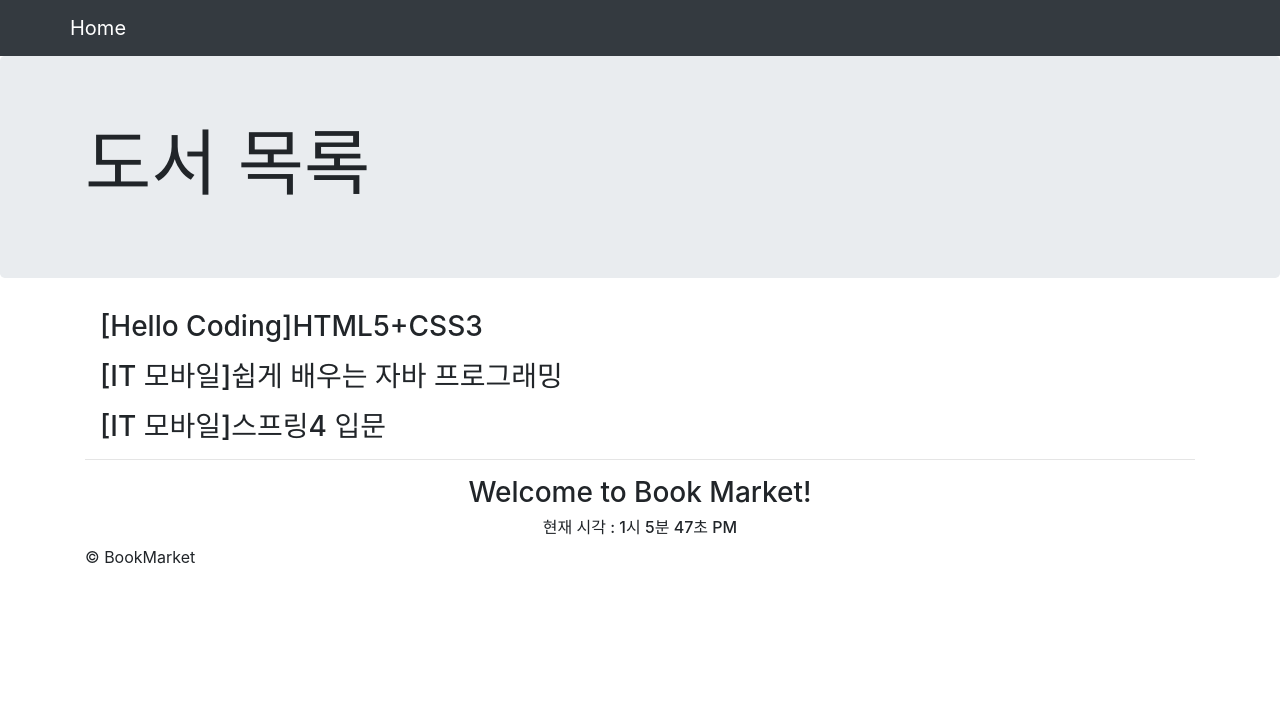
Repository: CheolHo-0428/JSP-Web-Programming
Page: http://localhost/BookMarket/books.jsp
The author's editor kept a copy of each file at every save. The page is drawn from the files as they stood at one save, then again after the next save.
The browser window is 1280 px wide. The pictures show the whole page.
The page is served by Tomcat 9.

Above is the page before, as saved 2021-05-09 08:34:24.

After the next save:
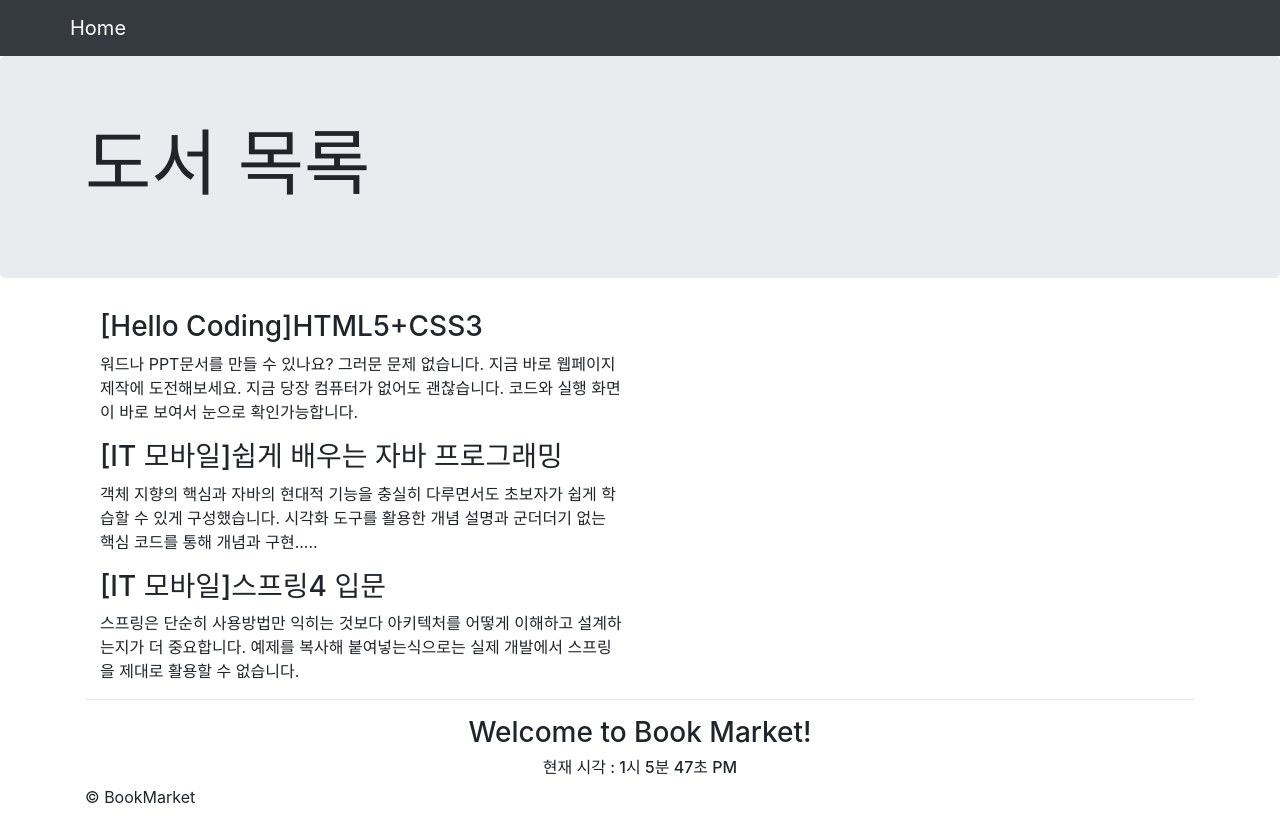
Saved 27 s later.
--- a/BookMarket/src/main/webapp/books.jsp
+++ b/BookMarket/src/main/webapp/books.jsp
@@ -31,7 +31,7 @@
 			%>
 			<div class = "col-md-6">
 				<h3><%= book.getCategory()%><%=book.getName()%></h3>
-				<p></p>
+				<p><%= book.getDescription() %></p>
 				<p></p>
 			</div>
 			<%
